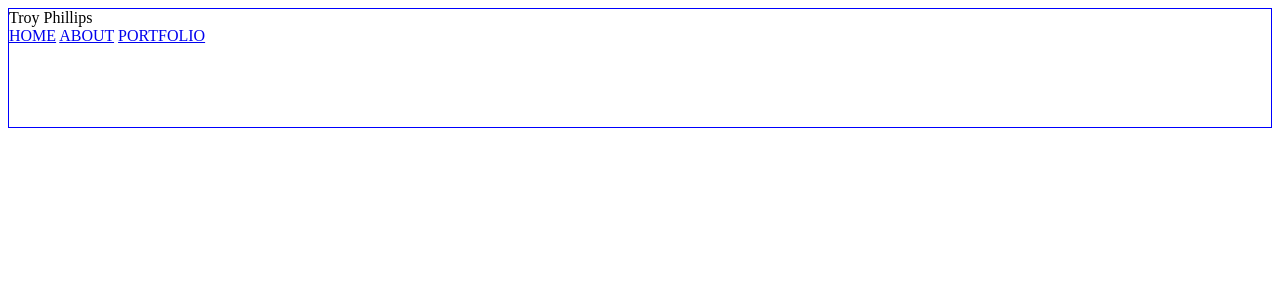
Repository: TheTroyPhillips/Personal-website
Page: index.html
The author's editor kept a copy of each file at every save. The page is drawn from the files as they stood at one save, then again after the next save.
The browser window is 1280 px wide. The pictures show the whole page.

Above is the page before, as saved 2023-09-10 22:09:12.

### index.html
<!DOCTYPE html>
<html lang="en">
<head>
    <meta charset="UTF-8">
    <meta name="viewport" content="width=device-width, initial-scale=1.0">
    <title>Document</title>
    <link rel="stylesheet" href="style.css">
</head>
<body>

    <div class="parent">
        <div class="child">
            <span class="myname">Troy Phillips</span>
        <nav class="pages">
            <a class="active" href="/">HOME</a>
            <a href="/about.html">ABOUT</a>
            <a href="/portfolio.html">PORTFOLIO</a>
        </div>

    </div>

</body>
</html>

### style.css
.child{
    width: 100%;
    height: 120px;
    border: 1px solid blue;
    display: inline-block;
    box-sizing: border-box;
}

After the next save:
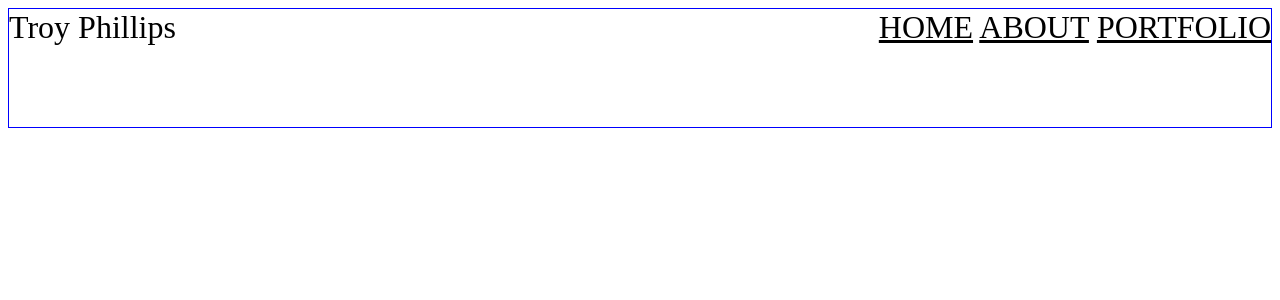
Saved 13 s later.
--- a/style.css
+++ b/style.css
@@ -5,3 +5,17 @@
     display: inline-block;
     box-sizing: border-box;
 }
+.myname{
+    float: left;
+    font-size: 2rem;
+}
+.pages{
+    float: right;
+    font-size: 2rem;
+}
+.pages a.active{
+    color: inherit;
+}
+.pages a{
+    color: inherit;
+}
